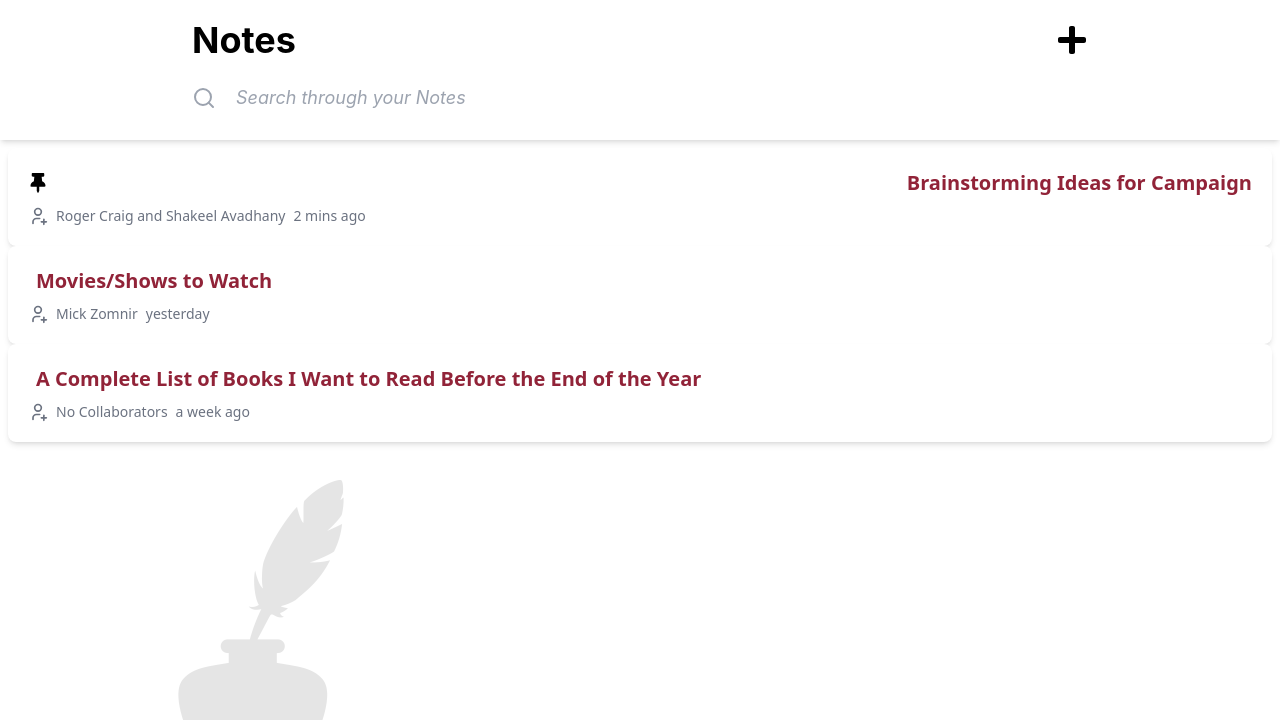
Repository: shabiasaeed/Notes-app
Page: /
An editor plug-in stored every save of this project. The page is shown before and after the next save, followed by the edit.
The browser window is 1280 px wide. The pictures show the whole page.
The project was rebuilt for these pictures with package versions that can differ from the ones it lists, and the page was loaded fresh each time. Also part of the build but not shown: src/components/Header.css, src/components/Note.css, src/App.css.

Above is the page before, as saved 2025-01-01 18:44:33.

After the next save:
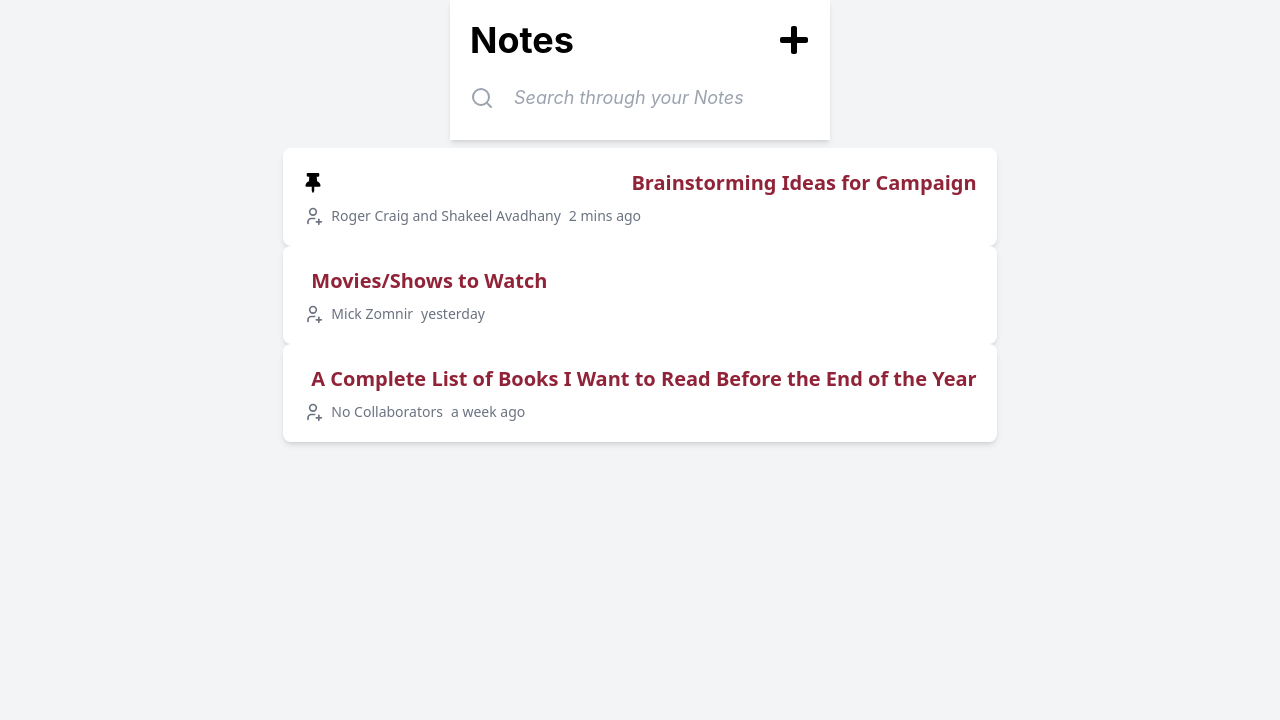
Saved 66 s later.
--- a/src/App.js
+++ b/src/App.js
@@ -46,7 +46,7 @@
   const sortedNotes = filteredNotes.sort((a, b) => b.pinned - a.pinned);
 
   return (
-    <div className="App">
+    <div className="bg-gray-100 min-h-screen flex flex-col items-center">
       <Header setSearchNotes={setSearchNotes}/>
       <main className="p-2 relative flex flex-col items-center font-sans">
         <img src={backgroundInk} alt="Ink Element" className="fixed top-2/3 right-2/3 transform -translate-x-1/2 z-[-1] w-26"/>

After the save that followed:
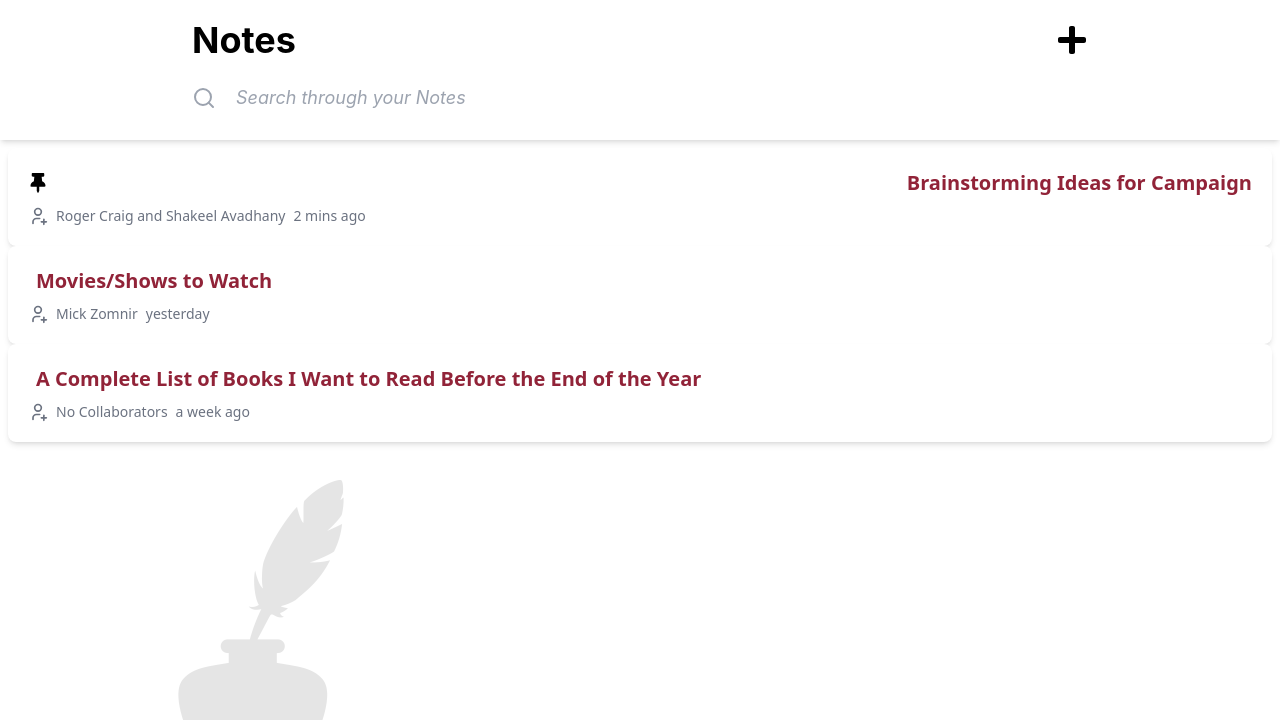
Saved 11 s later.
--- a/src/App.js
+++ b/src/App.js
@@ -46,7 +46,7 @@
   const sortedNotes = filteredNotes.sort((a, b) => b.pinned - a.pinned);
 
   return (
-    <div className="bg-gray-100 min-h-screen flex flex-col items-center">
+    <div className="App">
       <Header setSearchNotes={setSearchNotes}/>
       <main className="p-2 relative flex flex-col items-center font-sans">
         <img src={backgroundInk} alt="Ink Element" className="fixed top-2/3 right-2/3 transform -translate-x-1/2 z-[-1] w-26"/>
